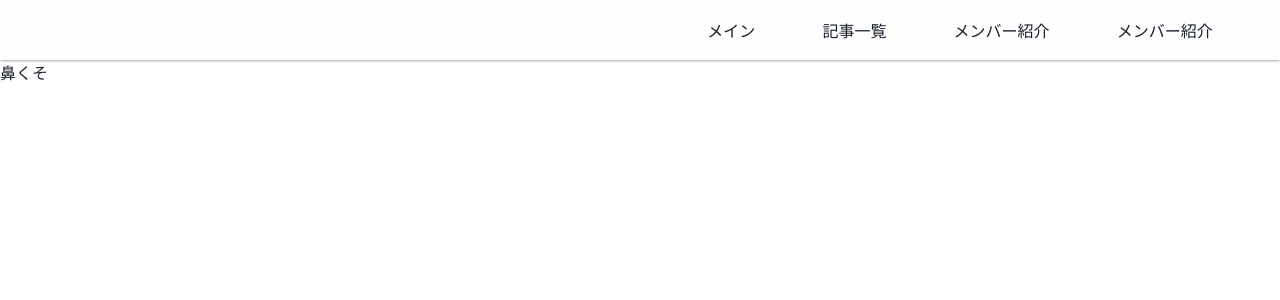
Repository: kanshu-1118/gpt-schoollife
Page: /blogContents
The author's editor kept a copy of each file at every save. The page is drawn from the files as they stood at one save, then again after the next save.
The browser window is 1280 px wide. The pictures show the whole page.
The project was rebuilt for these pictures with package versions that can differ from the ones it lists, and the page was loaded fresh each time. The framework's server and built-in components were replaced by stand-ins that run in the browser. Also part of the build but not shown: next.config.js.

Above is the page before, as saved 2023-06-22 15:55:37.

After the next save:
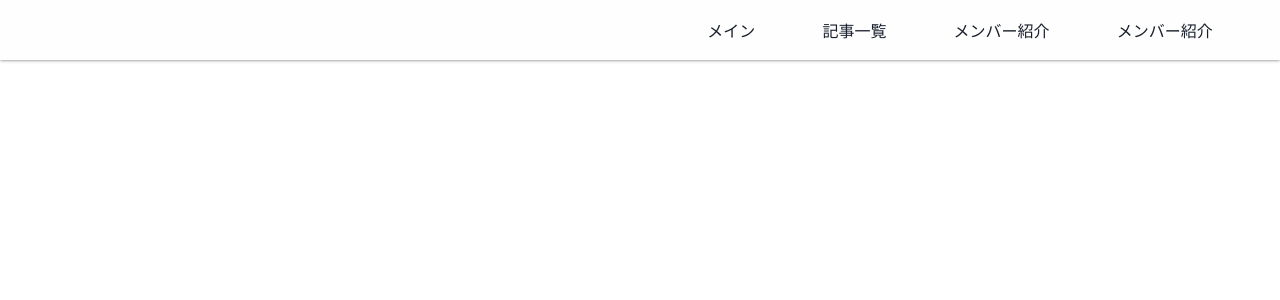
Saved 18 s later.
--- a/src/pages/blogContents.tsx
+++ b/src/pages/blogContents.tsx
@@ -1,4 +1,4 @@
-import { Flex,Text } from '@chakra-ui/react'
+import { Flex } from '@chakra-ui/react'
 import { NextPage } from 'next'
 import React from 'react'
 import Header from './components/header'
@@ -7,7 +7,6 @@
     return (
         <Flex>
             <Header />
-            <Text as={"h2"}>鼻くそ</Text>
         </Flex>
     )
 }

After the save that followed:
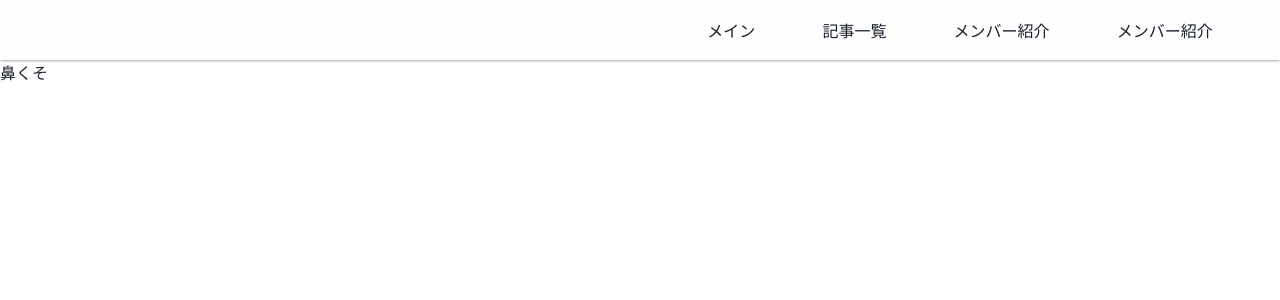
Saved 18 s later.
--- a/src/pages/blogContents.tsx
+++ b/src/pages/blogContents.tsx
@@ -1,4 +1,4 @@
-import { Flex } from '@chakra-ui/react'
+import { Flex,Text } from '@chakra-ui/react'
 import { NextPage } from 'next'
 import React from 'react'
 import Header from './components/header'
@@ -7,6 +7,7 @@
     return (
         <Flex>
             <Header />
+            <Text as={"h2"}>鼻くそ</Text>
         </Flex>
     )
 }
